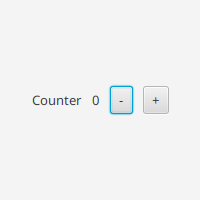
Repository: angelalvess/java-fx
Program's window: java javafx/src/counter/Contador.java
An editor plug-in stored every save of this project. The program's window is shown before and after the next save, followed by the edit.
It runs on Java 21 on a 1366 x 768 screen with JavaFX 11; the title bar is not drawn.

Above is the program's window before, as saved 2025-02-03 06:40:57.

### javafx/src/counter/Contador.java
package counter;


import javafx.application.Application;
import javafx.geometry.Pos;
import javafx.scene.Scene;
import javafx.scene.control.Button;
import javafx.scene.control.Label;
import javafx.scene.layout.HBox;
import javafx.stage.Stage;

public class Contador extends Application {

	@Override
	public void start(Stage primaryStage) throws Exception {

		Label labelTitle = new Label("Counter");
		Label labelNumber = new Label("0");

		Button buttonDecrement = new Button("-");
		Button buttonIncrement = new Button("+");

		HBox hBox = new HBox();
		hBox.setAlignment(Pos.CENTER);
		hBox.setSpacing(10);

		hBox.getChildren().add(labelTitle);
		hBox.getChildren().add(labelNumber);
		hBox.getChildren().add(buttonDecrement);
		hBox.getChildren().add(buttonIncrement);

		Scene sceneOneScene = new Scene(hBox, 200, 200);

		primaryStage.setScene(sceneOneScene);
		primaryStage.show();

	}

	public static void main(String[] args) {
		launch(args);
	}

}

After the next save:
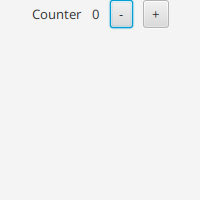
Saved 2 min 12 s later.
--- a/javafx/src/counter/Contador.java
+++ b/javafx/src/counter/Contador.java
@@ -7,6 +7,7 @@
 import javafx.scene.control.Button;
 import javafx.scene.control.Label;
 import javafx.scene.layout.HBox;
+import javafx.scene.layout.VBox;
 import javafx.stage.Stage;
 
 public class Contador extends Application {
@@ -20,6 +21,10 @@
 		Button buttonDecrement = new Button("-");
 		Button buttonIncrement = new Button("+");
 
+		VBox vBox = new VBox();
+		vBox.getChildren().add(labelTitle);
+		vBox.getChildren().add(labelNumber);
+
 		HBox hBox = new HBox();
 		hBox.setAlignment(Pos.CENTER);
 		hBox.setSpacing(10);
@@ -29,7 +34,9 @@
 		hBox.getChildren().add(buttonDecrement);
 		hBox.getChildren().add(buttonIncrement);
 
-		Scene sceneOneScene = new Scene(hBox, 200, 200);
+		vBox.getChildren().add(hBox);
+
+		Scene sceneOneScene = new Scene(vBox, 200, 200);
 
 		primaryStage.setScene(sceneOneScene);
 		primaryStage.show();
